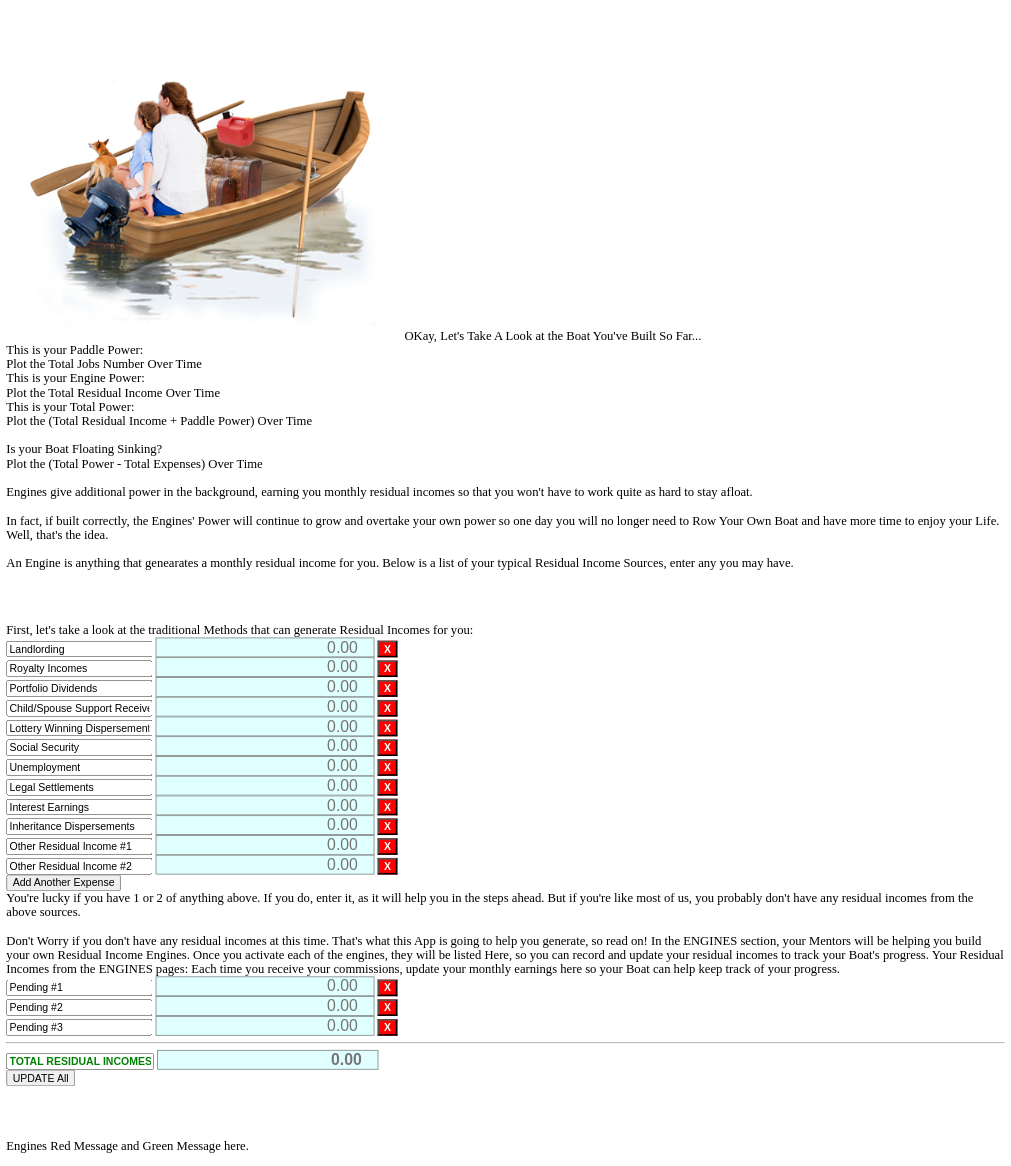
Repository: DevZubair/Danh-App
Page: www/templates/boat-charts.html
The author's editor kept a record of every edit. The page is drawn from the files as they stood at one moment, then again after the next edit.
The browser window is 1280 px wide. The pictures show the whole page, at 79% of full size.

Above is the page before.

### www/templates/boat-charts.html
<!--<ion-view view-title="Boat Weight">
  <ion-content>-->


    <div class="card">

      <div class="item item-divider item-royal">
        <h2 style="color:white">Your Boat Charts</h2>
      </div>

      <div class="item item-text-wrap">
       <div class="row">
        <div class="col">
          <img src="img/BoatFinal.png" class="images-right-50"></img>
          <span class="subtitle">OKay, Let's Take A Look at the Boat You've Built So Far...</span>
        </div>
      </div>

      <div class="row">
        <div class="col">

           <span class="subtitle">This is your Paddle Power:</span><br>Plot the Total Jobs Number Over Time
        </div>
      </div>

      <div class="row">
        <div class="col">

           <span class="subtitle">This is your Engine Power:</span><br>Plot the Total Residual Income Over Time

        </div>
      </div>

      <div class="row">
        <div class="col">

           <span class="subtitle">This is your Total Power:</span><br>Plot the (Total Residual Income + Paddle Power) Over Time<br><br>

           <span class="subtitle">Is your Boat Floating Sinking?</span><br>Plot the (Total Power - Total Expenses)  Over Time<br><br>



           Engines give additional power in the background, earning you monthly residual incomes so that you won't have to work quite as hard to stay afloat.<br><br>

           In fact, if built correctly, the Engines' Power will continue to grow and overtake your own power so one day you will no longer need to Row Your Own Boat and have more time to enjoy your Life.  Well, that's the idea.<br><br>

           An Engine is anything that genearates a monthly residual income for you.  Below is a list of your typical Residual Income Sources, enter any you may have.
        </div>
      </div>


      </div>

      <div class="item item-divider item-royal">
        <h2 style="color:white">Engines Estimator</h2>
      </div>

      <div class="item item-text-wrap">

        <span class="subtitle">First, let's take a look at the traditional Methods that can generate Residual Incomes for you: </span>

        <div class="list">

          <div class="row">
            <input class="col col-50 input-label" value="Landlording">
            <input class="col col-30" style="font-size: 20px; background-color:lightcyan; padding:0 5px; text-align:right; border:1px solid gray"  placeholder="0.00" type="number">
            <button class="col col-10" style="color:white; font-weight:bold; background-color:red">X</button>
          </div>

          <div class="row">
            <input class="col col-50 input-label" value="Royalty Incomes">
            <input class="col col-30" style="font-size: 20px; background-color:lightcyan; padding:0 5px; text-align:right; border:1px solid gray"  placeholder="0.00" type="number">
            <button class="col col-10" style="color:white; font-weight:bold; background-color:red">X</button>
          </div>

          <div class="row">
            <input class="col col-50 input-label" value="Portfolio Dividends">
            <input class="col col-30" style="font-size: 20px; background-color:lightcyan; padding:0 5px; text-align:right; border:1px solid gray"  placeholder="0.00" type="number">
            <button class="col col-10" style="color:white; font-weight:bold; background-color:red">X</button>
          </div>

          <div class="row">
            <input class="col col-50 input-label" value="Child/Spouse Support Received">
            <input class="col col-30" style="font-size: 20px; background-color:lightcyan; padding:0 5px; text-align:right; border:1px solid gray"  placeholder="0.00" type="number">
            <button class="col col-10" style="color:white; font-weight:bold; background-color:red">X</button>
          </div>

          <div class="row">
            <input class="col col-50 input-label" value="Lottery Winning Dispersements">
            <input class="col col-30" style="font-size: 20px; background-color:lightcyan; padding:0 5px; text-align:right; border:1px solid gray"  placeholder="0.00" type="number">
            <button class="col col-10" style="color:white; font-weight:bold; background-color:red">X</button>
          </div>

          <div class="row">
            <input class="col col-50 input-label" value="Social Security">
            <input class="col col-30" style="font-size: 20px; background-color:lightcyan; padding:0 5px; text-align:right; border:1px solid gray"  placeholder="0.00" type="number">
            <button class="col col-10" style="color:white; font-weight:bold; background-color:red">X</button>
          </div>

          <div class="row">
            <input class="col col-50 input-label" value="Unemployment">
            <input class="col col-30" style="font-size: 20px; background-color:lightcyan; padding:0 5px; text-align:right; border:1px solid gray"  placeholder="0.00" type="number">
            <button class="col col-10" style="color:white; font-weight:bold; background-color:red">X</button>
          </div>

          <div class="row">
            <input class="col col-50 input-label" value="Legal Settlements">
            <input class="col col-30" style="font-size: 20px; background-color:lightcyan; padding:0 5px; text-align:right; border:1px solid gray"  placeholder="0.00" type="number">
            <button class="col col-10" style="color:white; font-weight:bold; background-color:red">X</button>
          </div>

          <div class="row">
            <input class="col col-50 input-label" value="Interest Earnings">
            <input class="col col-30" style="font-size: 20px; background-color:lightcyan; padding:0 5px; text-align:right; border:1px solid gray"  placeholder="0.00" type="number">
            <button class="col col-10" style="color:white; font-weight:bold; background-color:red">X</button>
          </div>

          <div class="row">
            <input class="col col-50 input-label" value="Inheritance Dispersements">
            <input class="col col-30" style="font-size: 20px; background-color:lightcyan; padding:0 5px; text-align:right; border:1px solid gray"  placeholder="0.00" type="number">
            <button class="col col-10" style="color:white; font-weight:bold; background-color:red">X</button>
          </div>
        </div>

        <div class="row">
            <input class="col col-50 input-label" value="Other Residual Income #1">
            <input class="col col-30" style="font-size: 20px; background-color:lightcyan; padding:0 5px; text-align:right; border:1px solid gray"  placeholder="0.00" type="number">
            <button class="col col-10" style="color:white; font-weight:bold; background-color:red">X</button>
          </div>

          <div class="row">
            <input class="col col-50 input-label" value="Other Residual Income #2">
            <input class="col col-30" style="font-size: 20px; background-color:lightcyan; padding:0 5px; text-align:right; border:1px solid gray"  placeholder="0.00" type="number">
            <button class="col col-10" style="color:white; font-weight:bold; background-color:red">X</button>
          </div>
        </div>

<div class="row">
  <div class="col col-50">
    <button class="button button-block button-balanced" >Add Another Expense</button>
  </div>
</div>

          You're lucky if you have 1 or 2 of anything above.  If you do, enter it, as it will help you in the steps ahead.  But if you're like most of us, you probably don't have any residual incomes from the above sources.<br><br>

          Don't Worry if you don't have any residual incomes at this time.  That's what this App is going to help you generate, so read on! In the ENGINES section, your Mentors will be helping you build your own Residual Income Engines.  Once you activate each of the engines, they will be listed Here, so you can record and update your residual incomes to track your Boat's progress.

          <span class="subtitle">Your Residual Incomes from the ENGINES pages:</span> Each time you receive your commissions, update your monthly earnings here so your Boat can help keep track of your progress.



        <div class="list">
          <div class="row">
            <input class="col col-50 input-label" value="Pending #1">
            <input class="col col-30" style="font-size: 20px; background-color:lightcyan; padding:0 5px; text-align:right; border:1px solid gray"  placeholder="0.00" type="number">
            <button class="col col-10" style="color:white; font-weight:bold; background-color:red">X</button>
          </div>

          <div class="row">
            <input class="col col-50 input-label" value="Pending #2">
            <input class="col col-30" style="font-size: 20px; background-color:lightcyan; padding:0 5px; text-align:right; border:1px solid gray"  placeholder="0.00" type="number">
            <button class="col col-10" style="color:white; font-weight:bold; background-color:red">X</button>
          </div>

          <div class="row">
            <input class="col col-50 input-label" value="Pending #3">
            <input class="col col-30" style="font-size: 20px; background-color:lightcyan; padding:0 5px; text-align:right; border:1px solid gray"  placeholder="0.00" type="number">
            <button class="col col-10" style="color:white; font-weight:bold; background-color:red">X</button>
          </div>

        </div>


            <hr>

        <div class="list">
          <div class="row">
            <input class="col col-50 input-label" value="TOTAL RESIDUAL INCOMES" style="color:green;font-weight:bold">
            <input class="col col-30" style="font-weight:bold; font-size: 20px; background-color:lightcyan; padding:0 5px; text-align:right; border:1px solid gray"  placeholder="0.00" type="number">
            <div class="col col-10"></div>
          </div>
        </div

<div class="row">
  <div class="col col-50">
    <button class="button button-block button-balanced" >UPDATE All</button>
  </div>
</div>


      <div class="item item-divider item-royal">
        <h2 style="color:white">Your Engines Summary</h2>
      </div>

            <div class="item item-text-wrap">
        <p>
        Engines Red Message and Green Message here.</p>
      </div>

    </div>



  <!--<ion-content>
</ion-view>-->

After the next edit:
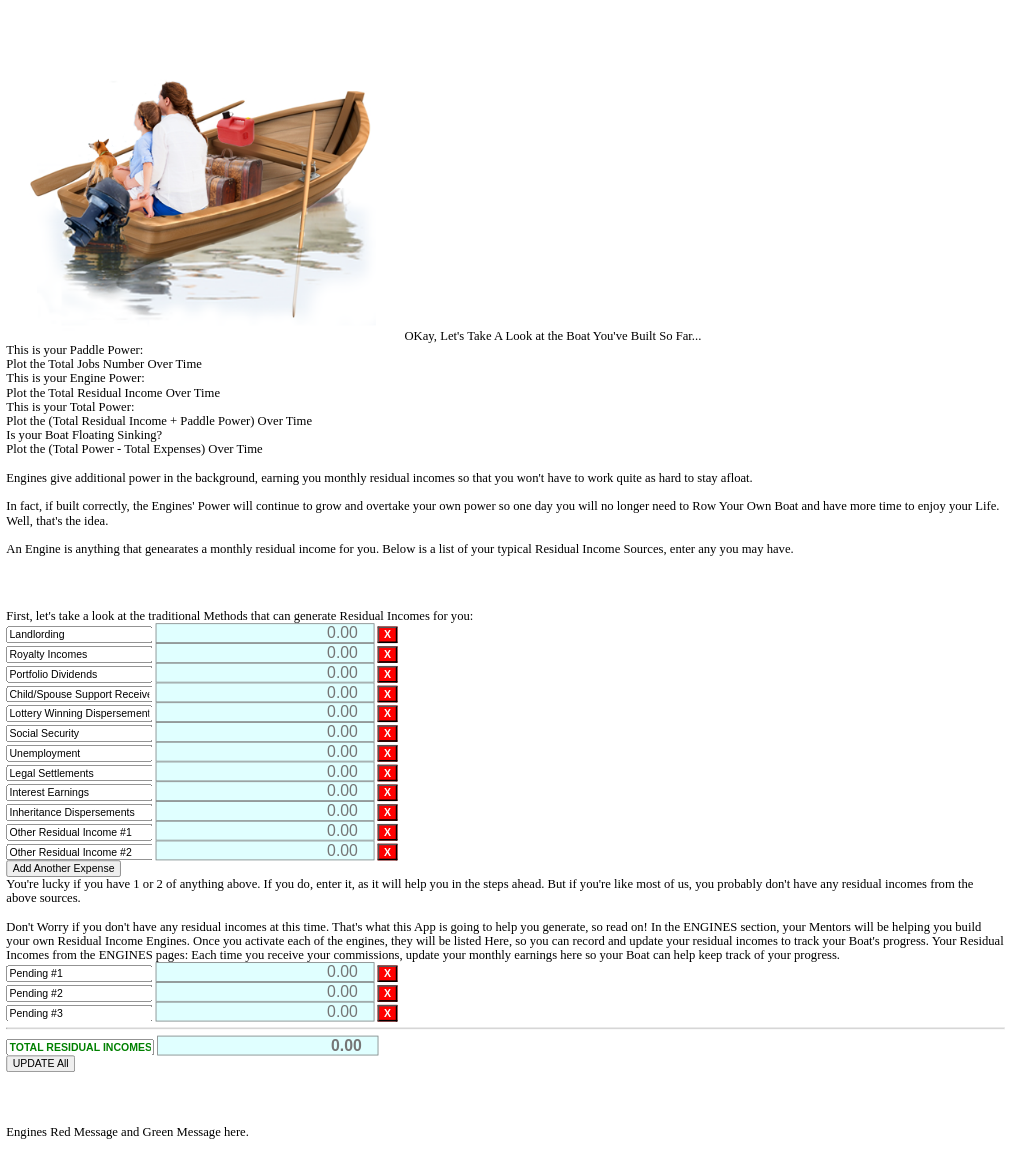
The edit:
--- a/www/templates/boat-charts.html
+++ b/www/templates/boat-charts.html
@@ -34,7 +34,13 @@
       <div class="row">
         <div class="col">
 
-           <span class="subtitle">This is your Total Power:</span><br>Plot the (Total Residual Income + Paddle Power) Over Time<br><br>
+           <span class="subtitle">This is your Total Power:</span><br>Plot the (Total Residual Income + Paddle Power) Over Time
+
+        </div>
+      </div>
+
+      <div class="row">
+        <div class="col">
 
            <span class="subtitle">Is your Boat Floating Sinking?</span><br>Plot the (Total Power - Total Expenses)  Over Time<br><br>
 
